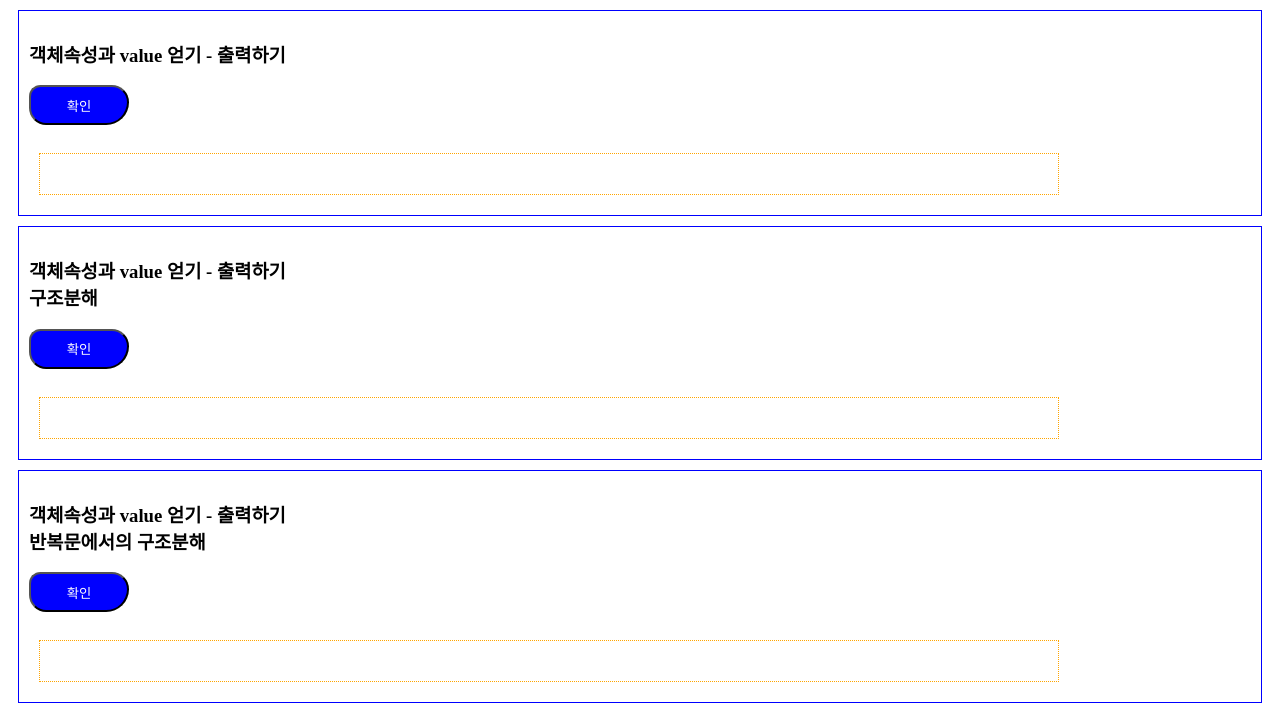
Repository: seonyeob94/BasicWeb
Page: webpro/src/main/webapp/0319/구조분해.html
The author's editor kept a copy of each file at every save. The page is drawn from the files as they stood at one save, then again after the next save.
The browser window is 1280 px wide. The pictures show the whole page.
After loading, the first visible `input[onclick="proc3()"]` was clicked once.

Above is the page before, as saved 2025-03-19 01:41:41.

After the next save:
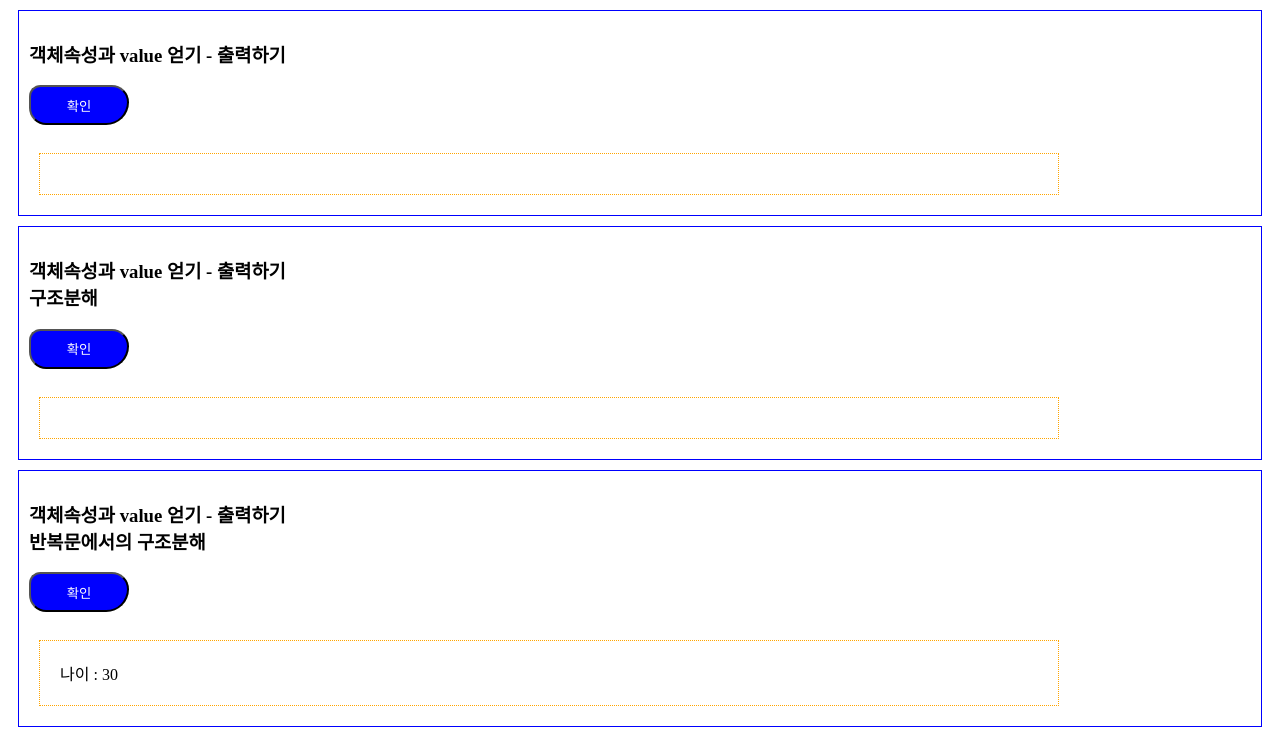
Saved 11 s later.
--- a/webpro/src/main/webapp/0319/구조분해.html
+++ b/webpro/src/main/webapp/0319/구조분해.html
@@ -54,6 +54,7 @@ const proc3=()=>{
 		str = "이름 : " + user.name + "<br>";
 		str = "나이 : " + user.age + "<br>";
 
+		document.querySelector('#result3').innerHTML = str;
 	}
 }
 </script>
